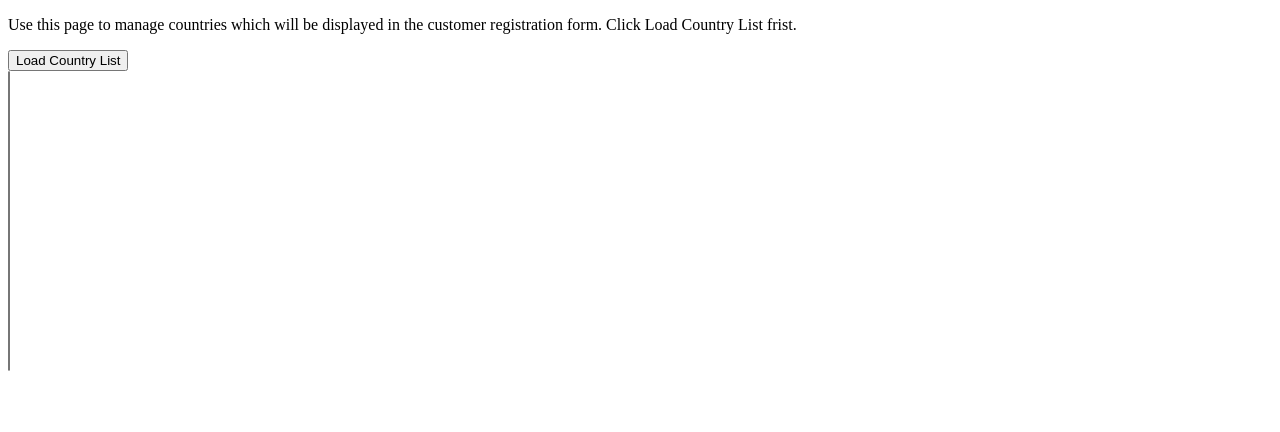
Repository: Tungk02/Shopme
Page: http://localhost/settings/states
The author's editor kept a copy of each file at every save. The page is drawn from the files as they stood at one save, then again after the next save.
The browser window is 1280 px wide. The pictures show the whole page.
The page is this project's Thymeleaf template; nobody is signed in. The template is opened directly, without the code that normally fills it, so the values that code supplies are empty.

Above is the page before, as saved 2023-11-25 15:55:54.

### ShopmeEcommerce/ShopmeProject/ShopmeWebParent/ShopmeBackEnd/src/main/resources/templates/settings/states.html
<!DOCTYPE html>
<html xmlns:th="http://www.thymeleaf.org">

<body>
	<div th:fragment="content" th:remove="tag">
		<div>
			<p>
				Use this page to manage countries which will be displayed in the customer
				registration form. Click Load Country List frist.
			</p>
		</div>
		<div>
			<input type="button" value="Load Country List" class="btn btn-primary">
		</div>
		<div>
			<select class="form-control m-2" style="height: 300px" size= "3">

			</select>
		</div>
	</div>
</body>

</html>

After the next save:
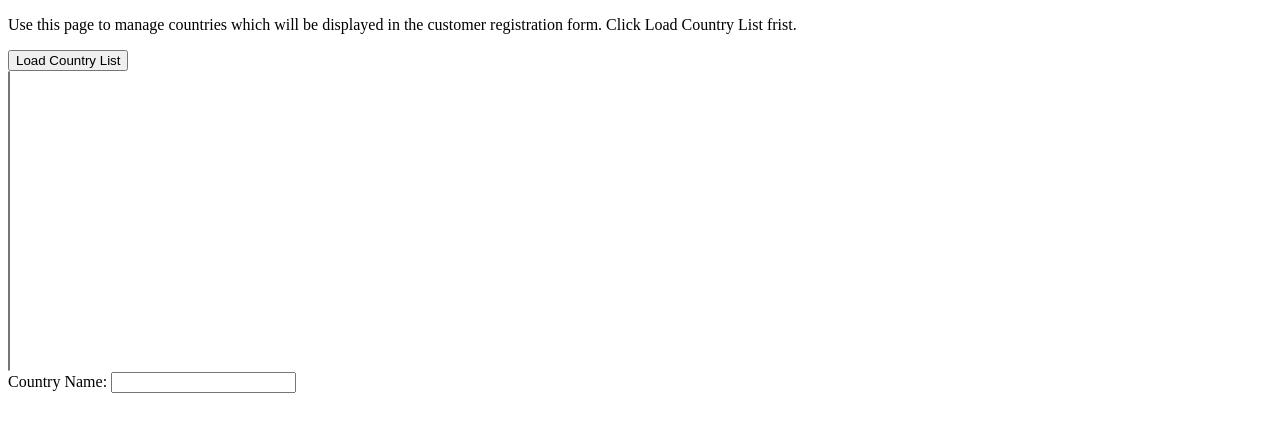
Saved 2 min 16 s later.
--- a/ShopmeEcommerce/ShopmeProject/ShopmeWebParent/ShopmeBackEnd/src/main/resources/templates/settings/states.html
+++ b/ShopmeEcommerce/ShopmeProject/ShopmeWebParent/ShopmeBackEnd/src/main/resources/templates/settings/states.html
@@ -17,6 +17,10 @@
 
 			</select>
 		</div>
+		<div class="form-group row">
+			<label class="col-form-label">Country Name:</label>
+			<input type="text" class="form-control" id="fieldCountryName" />
+		</div>
 	</div>
 </body>
 
